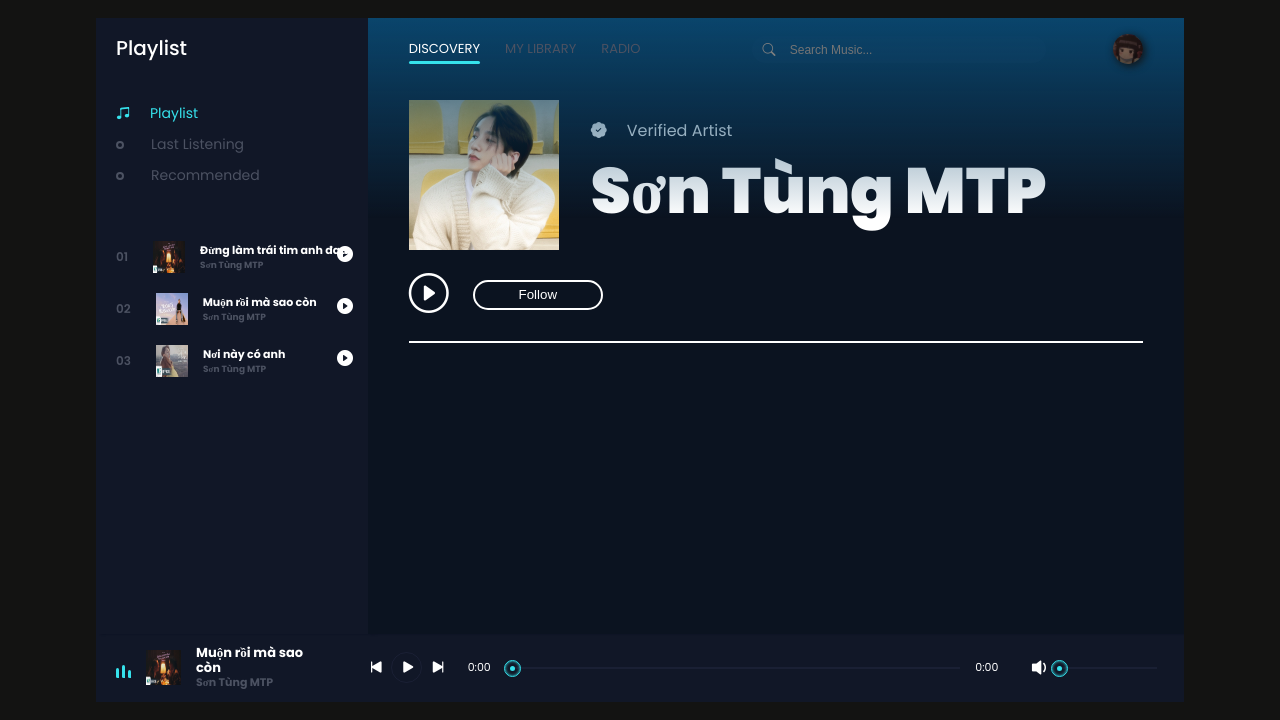
Repository: reminzuetto/Music-Website
Page: index.html
The author's editor kept a copy of each file at every save. The page is drawn from the files as they stood at one save, then again after the next save.
The browser window is 1280 px wide. The pictures show the whole page.

Above is the page before, as saved 2024-06-11 03:58:48.

### index.html
<!DOCTYPE html>
<html lang="en">
  <head>
    <meta charset="UTF-8" />
    <meta name="viewport" content="width=device-width, initial-scale=1.0" />
    <link rel="stylesheet" href="./style.css" />
    <link
      rel="stylesheet"
      href="https://cdn.jsdelivr.net/npm/bootstrap-icons@1.11.3/font/bootstrap-icons.min.css"
    />
    <title>Music Website</title>
  </head>
  <body>
    <header>
      <div class="menu_side">
        <h1>Playlist</h1>
        <div class="playlist">
          <h4 class="active">
            <span></span><i class="bi bi-music-note-beamed"></i>Playlist
          </h4>
          <h4>
            <span></span><i class="bi bi-music-note-beamed"></i>Last Listening
          </h4>
          <h4>
            <span></span><i class="bi bi-music-note-beamed"></i>Recommended
          </h4>
        </div>
        <div class="menu_song">
          <li class="songItem">
            <span>01</span>
            <img
              src="./MusicThumbnail/DungLamTraiTimAnhDau.jpg"
              alt="DungLamTraiTimAnhDau"
            />
            <h5 class="subtitle">
              Đừng làm trái tim anh đau
              <div class="subtitle">Sơn Tùng MTP</div>
            </h5>
            <i class="bi bi-play-circle-fill"></i>
          </li>
          <li class="songItem">
            <span>02</span>
            <img
              src="./MusicThumbnail/MuonRoiMaSaoCon.jpg"
              alt="MuonRoiMaSaoCon"
            />
            <h5 class="subtitle">
              Muộn rồi mà sao còn
              <div class="subtitle">Sơn Tùng MTP</div>
            </h5>
            <i class="bi bi-play-circle-fill"></i>
          </li>
          <li class="songItem">
            <span>03</span>
            <img src="./MusicThumbnail/NoiNayCoAnh.jpg" alt="NoiNayCoAnh" />
            <h5 class="subtitle">
              Nơi này có anh
              <div class="subtitle">Sơn Tùng MTP</div>
            </h5>
            <i class="bi bi-play-circle-fill"></i>
          </li>
        </div>
      </div>
      <div class="song_side">
        <nav>
          <ul>
            <li>DISCOVERY<span></span></li>
            <li>MY LIBRARY</li>
            <li>RADIO</li>
          </ul>
          <div class="search">
            <i class="bi bi-search"></i>
            <input type="text" placeholder="Search Music..." />
          </div>
          <div class="user">
            <img src="./Picture/Ava.jpg" alt="User" title="Yuuto" />
          </div>
        </nav>
        <div class="content">
          <div class="artistInfos">
            <div class="artistPicture">
              <img src="./ArtistWallPaper/MTP.jpg" alt="" />
            </div>
            <div class="artistInfo">
              <div class="verifiedArtist">
                <i class="bi bi-patch-check-fill"></i>
                <p class="text">Verified Artist</p>
              </div>
              <h1>Sơn Tùng MTP</h1>
            </div>
          </div>
          <div class="buttons">
            <button class="play"><i class="bi bi-play-circle"></i></button>
            <button class="follow">Follow</button>
          </div>
        </div>
        <div class="popular_song"></div>
      </div>

      <div class="master_play">
        <div class="wave">
          <div class="wave1"></div>
          <div class="wave1"></div>
          <div class="wave1"></div>
        </div>
        <img
          src="./MusicThumbnail/DungLamTraiTimAnhDau.jpg"
          alt="DungLamTraiTimAnhDau"
        />
        <h5 class="subtitle">
          Muộn rồi mà sao còn
          <div class="subtitle">Sơn Tùng MTP</div>
        </h5>
        <div class="icon">
          <i class="bi bi-skip-start-fill"></i>
          <i class="bi bi-play-fill"></i>
          <i class="bi bi-skip-end-fill"> </i>
        </div>
        <span class="currentStart">0:00</span>
        <div class="bar">
          <input type="range" id="seek" min="0" value="0" max="100" />
          <div class="bar2"></div>
          <div class="dot"></div>
        </div>
        <span class="currentEnd">0:00</span>

        <div class="vol">
          <i class="bi bi-volume-down-fill"></i>
          <input type="range" id="seek" min="0" value="0" max="100" />
          <div class="vol_bar"></div>
          <div class="dot"></div>
        </div>
      </div>
    </header>
    <script src="./main.js"></script>
  </body>
</html>

### style.css
@import url("https://fonts.googleapis.com/css2?family=Poppins:ital,wght@0,100;0,200;0,300;0,400;0,500;0,600;0,700;0,800;0,900;1,100;1,200;1,300;1,400;1,500;1,600;1,700;1,800;1,900&display=swap");
* {
  padding: 0%;
  margin: 0%;
  box-sizing: border-box;
}

body {
  width: 100%;
  height: 100vh;
  background-color: #131312;
  font-family: "Poppins", "sans-serif";
  display: flex;
  align-items: center;
  justify-content: center;
}

header {
  width: 85%;
  height: 95%;
  /* border: 1px solid #fff; */
  display: flex;
  flex-wrap: wrap;
  overflow: hidden;
}

header .menu_side,
.song_side {
  position: relative;
  width: 25%;
  height: 90%;
  /* border: 1px solid #fff; */
  background-color: #111727;
  box-shadow: 5px 0px 2px #090f1f;
  color: #fff;
}

header .song_side {
  width: 75%;
  background: #0b1320;
}

header .master_play {
  width: 100%;
  height: 10%;
  background: #111727;
  box-shadow: 0px 3px 8px #090f1f;
}

header .menu_side h1 {
  font-size: 20px;
  margin: 15px 0px 0px 20px;
  font-weight: 500;
}

header .menu_side .playlist {
  margin: 40px 0px 0px 20px;
}
header .menu_side .playlist h4 {
  font-size: 14px;
  font-weight: 400;
  padding-bottom: 10px;
  color: #4c5262;
  cursor: pointer;
  display: flex;
  align-items: center;
  transition: 0.3 linear;
}

header .menu_side .playlist h4:hover {
  color: #fff;
}
header .menu_side .playlist h4 span {
  position: relative;
  margin-right: 35px;
}
header .menu_side .playlist h4 span::before {
  content: "";
  position: absolute;
  width: 4px;
  height: 4px;
  border: 2px solid #4c5262;
  border-radius: 50%;
  top: -4px;
  transition: 0.3s linear;
}

header .menu_side .playlist h4:hover span::before:hover {
  border: 2px solid #fff;
}

header .menu_side .playlist h4 .bi {
  display: none;
}

header .menu_side .playlist .active {
  color: #36e2ec;
}

header .menu_side .playlist .active span {
  display: none;
}

header .menu_side .playlist .active .bi {
  display: block;
  margin-right: 20px;
}

header .menu_side .menu_song {
  width: 100%;
  height: 320px;
  /* border: 1px solid #fff; */
  margin-top: 40px;
}
header .menu_side .menu_song li {
  position: relative;
  list-style: none;
  padding: 5px 0px 5px 20px;
  margin-bottom: 10px;
  cursor: pointer;
  transition: 0.3s linear;
  display: flex;
  align-items: center;
}
header .menu_side .menu_song li:hover {
  background: rgb(105, 105, 170, 0.1);
}
header .menu_side .menu_song li span {
  font-size: 12px;
  font-weight: 600;
  color: #4c5262;
}
header .menu_side .menu_song li img {
  width: 32px;
  height: 32px;
  margin-left: 25px;
}

header .menu_side .menu_song li h5 {
  font-size: 11px;
  margin-left: 15px;
}

header .menu_side .menu_song li h5 .subtitle {
  font-size: 9px;
  color: #4c5262;
}

header .menu_side .menu_song li .bi {
  position: absolute;
  right: 15px;
  top: 6px;
}

header .master_play {
  display: flex;
  align-items: center;
  padding: 0 20px;
}

header .master_play .wave {
  width: 30px;
  height: 30px;
  padding-bottom: 5px;
  display: flex;
  align-items: flex-end;
}

header .master_play .wave .wave1 {
  width: 3px;
  height: 10px;
  margin-right: 3px;
  border-radius: 10px 10px 0 10px;
  background: #36e2ec;
  animation: unset;
}

header .master_play .wave .wave1:nth-child(2) {
  /* animation-delay: 0.4s; */
  height: 13px;
}

header .master_play .wave .wave1:nth-child(3) {
  /* animation-delay: 0.8s; */
  height: 8px;
}

/* javascript wave animation class */
header .master_play .active2 .wave1 {
  animation: wave 0.5s linear infinite;
}

header .master_play .active2 .wave1:nth-child(2) {
  animation-delay: 0.4s;
}

header .master_play .active2 .wave1:nth-child(3) {
  animation-delay: 0.8s;
}
@keyframes wave {
  0% {
    height: 10px;
  }
  50% {
    height: 15px;
  }
  100% {
    height: 10px;
  }
}

header .master_play img {
  width: 35px;
  height: 35px;
}

header .master_play h5 {
  width: 130px;
  font-size: 13px;
  margin-left: 15px;
  color: #fff;
  line-height: 15px;
}

header .master_play h5 .subtitle {
  font-size: 11px;
  color: #4c5262;
}

header .master_play .icon {
  font-size: 20px;
  color: #fff;
  margin: 0 20px 0 40px;
}

header .master_play .icon .bi {
  cursor: pointer;
  outline: none;
}

header .master_play .icon .bi:nth-child(2) {
  border: 1px solid rgb(105, 105, 170, 0.1);
  border-radius: 50%;
  padding: 1px 3px 0px 6px;
  transition: 0.3 linear;
}

header .master_play span {
  width: 32px;
  font-size: 11px;
  font-weight: 400;
  color: #fff;
}

header .master_play #currentStart {
  margin: 0 0 0 20px;
}

header .master_play .bar {
  position: relative;
  width: 43%;
  height: 2px;
  background: rgb(105, 105, 170, 0.1);
  margin: 0 15px 0 10px;
}

header .master_play .bar .bar2 {
  position: absolute;
  background: #36e2ec;
  width: 0%;
  height: 100%;
  top: 0;
}

header .master_play .bar .dot {
  position: absolute;
  width: 5px;
  height: 5px;
  background: #36e2ec;
  border-radius: 50%;
  left: 0%;
  top: -1px;
  transition: 1s linear;
}

header .master_play .bar .dot::before {
  content: "";
  position: absolute;
  width: 15px;
  height: 15px;
  border: 1px solid #36e2ec;
  border-radius: 50%;
  left: -6px;
  top: -6px;
  box-shadow: inset 0 0 3px #36e2ec;
}

header .master_play .bar input {
  position: absolute;
  width: 100%;
  top: -6px;
  left: 0;
  cursor: pointer;
  z-index: 999999;
  opacity: 0;
}

header .master_play .vol {
  position: relative;
  width: 100px;
  height: 2px;
  margin-left: 50px;
  background-color: rgb(105, 105, 170, 0.1);
}

header .master_play .vol .bi {
  position: absolute;
  color: #fff;
  font-size: 25px;
  top: -17px;
  left: -30px;
}

header .master_play .vol input {
  position: absolute;
  width: 100%;
  top: -6px;
  left: 0;
  cursor: pointer;
  z-index: 999999;
  opacity: 0;
}

header .master_play .vol .bar2 {
  position: absolute;
  background: #36e2ec;
  width: 0%;
  height: 100%;
  top: 0;
}

header .master_play .vol .dot {
  position: absolute;
  width: 5px;
  height: 5px;
  background: #36e2ec;
  border-radius: 50%;
  left: 0%;
  top: -1px;
  transition: 1s linear;
}

header .master_play .vol .dot::before {
  content: "";
  position: absolute;
  width: 15px;
  height: 15px;
  border: 1px solid #36e2ec;
  border-radius: 50%;
  left: -6px;
  top: -6px;
  box-shadow: inset 0 0 3px #36e2ec;
}

header .song_side {
  z-index: 2;
  overflow: auto;
}

header .song_side::before {
  content: "";
  position: absolute;
  width: 100%;
  height: 200px;
  margin: 0;
  text-align: center;
  line-height: 200px;
  color: white;
  font-size: 24px;
  background: linear-gradient(
    to bottom,
    rgb(10, 69, 108),
    rgba(52, 152, 219, 0)
  );
}

header .song_side nav {
  width: 90%;
  height: 10%;
  margin: auto;
  /* border: 1px solid #fff; */
  display: flex;
  align-items: center;
  justify-content: space-between;
}

header .song_side nav ul {
  display: flex;
}

header .song_side nav ul li {
  position: relative;
  list-style-type: none;
  font-size: 13px;
  color: #4c5262;
  margin-right: 25px;
  cursor: pointer;
  transition: 0.3 linear;
}

header .song_side nav ul li:hover {
  color: #fff;
}

header .song_side nav ul li:nth-child(1) {
  color: #fff;
}

header .song_side nav ul li span {
  position: absolute;
  width: 100%;
  height: 2.5px;
  background: #36e2ec;
  bottom: -5px;
  left: 0;
  border-radius: 20px;
}

header .song_side nav .search {
  position: relative;
  width: 40%;
  padding: 1px 10px;
  border-radius: 20px;
  color: gray;
}

header .song_side nav .search::before {
  content: "";
  position: absolute;
  width: 100%;
  height: 100%;
  border-radius: 20px;
  background: rgb(105, 105, 170, 0.1);
  backdrop-filter: blur(5px);
  z-index: -1;
}

header .song_side nav .search .bi {
  font-size: 13px;
  padding: 3px 0 0 10px;
}

header .song_side nav .search input {
  background: none;
  border: none;
  outline: none;
  padding: 0 10px;
  color: #fff;
  font-size: 12px;
}

header .song_side nav .user {
  position: relative;
  width: 30px;
  height: 30px;
  border-radius: 50%;
  cursor: pointer;
}

header .song_side nav .user img {
  position: absolute;
  width: 100%;
  height: 100%;
  border-radius: 50%;
  box-shadow: 2px 2px 8px #131312;
}

header .song_side .content {
  width: 90%;
  height: 40%;
  margin: auto;
  /* border: 1px solid #fff; */
  padding-top: 20px;
}

header .song_side .content .artistInfos {
  display: flex;
  align-items: center;
}

header .song_side .content .artistInfos .artistPicture img {
  width: 150px;
  height: 150px;
  margin-right: 2rem;
}

header .song_side .content .artistInfos .artistInfo {
  display: flex;
  flex-direction: column;
}

header .song_side .content .artistInfos .artistInfo .verifiedArtist {
  display: flex;
  align-items: center;
}

header .song_side .content .verifiedArtist .text {
  padding-left: 20px;
}

header .song_side .content h1 {
  font-size: 4rem;
  font-weight: 900;
}

header .song_side .content .buttons {
  position: relative;
  margin-top: 15px;
}

header .song_side .content .buttons .play {
  padding: 0;
  position: absolute;
  background: none;
  color: #fff;
  outline: none;
  font-size: 40px;
  border: none;
}

header .song_side .content .buttons .follow {
  position: absolute;
  width: 130px;
  height: 30px;
  border: 2px solid #fff;
  outline: none;
  border-radius: 20px;
  background: none;
  color: #fff;
  left: 4rem;
  top: 0.5rem;
}

header .song_side .content .buttons .play:hover {
  font-size: 45px;
  top: -0.1rem;
  left: -0.1rem;
}

header .song_side .content .buttons .follow:hover {
  color: #000;
  background: #fff;
}

.gradient-box {
  width: 200px;
  height: 200px;
  margin: 20px;
  text-align: center;
  line-height: 200px;
  color: white;
  font-size: 24px;
  background: linear-gradient(
    to bottom,
    rgba(52, 152, 219, 1),
    rgba(52, 152, 219, 0)
  );
  /* Màu xanh nhạt dần từ trên xuống dưới */
}

header .song_side .popular_song {
  width: 90%;
  height: auto;
  border: 1px solid #fff;
  margin: auto;
  margin-top: 15px;
}

Loaded but not shown: main.js (no copy from this time; the picture is the same without it)

After the next save:
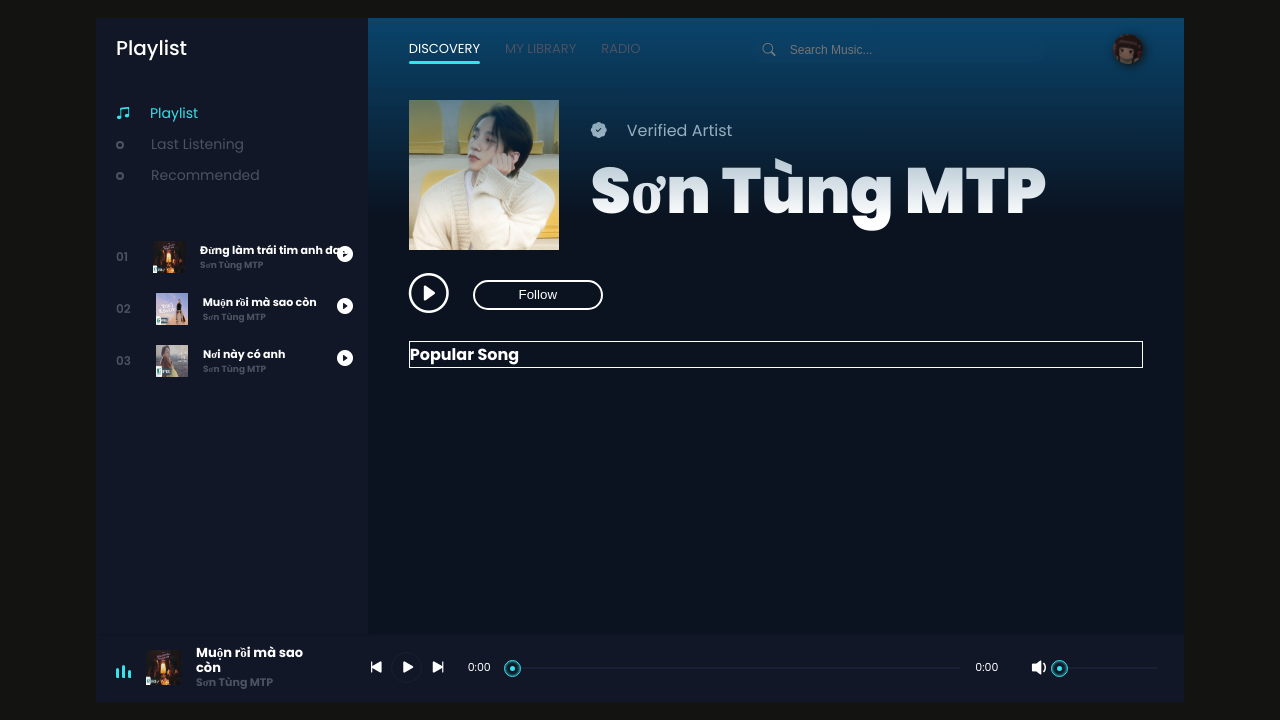
Saved 60 s later.
--- a/index.html
+++ b/index.html
@@ -94,7 +94,11 @@
             <button class="follow">Follow</button>
           </div>
         </div>
-        <div class="popular_song"></div>
+        <div class="popular_song">
+          <div class="h4">
+            <h4>Popular Song</h4>
+          </div>
+        </div>
       </div>
 
       <div class="master_play">
